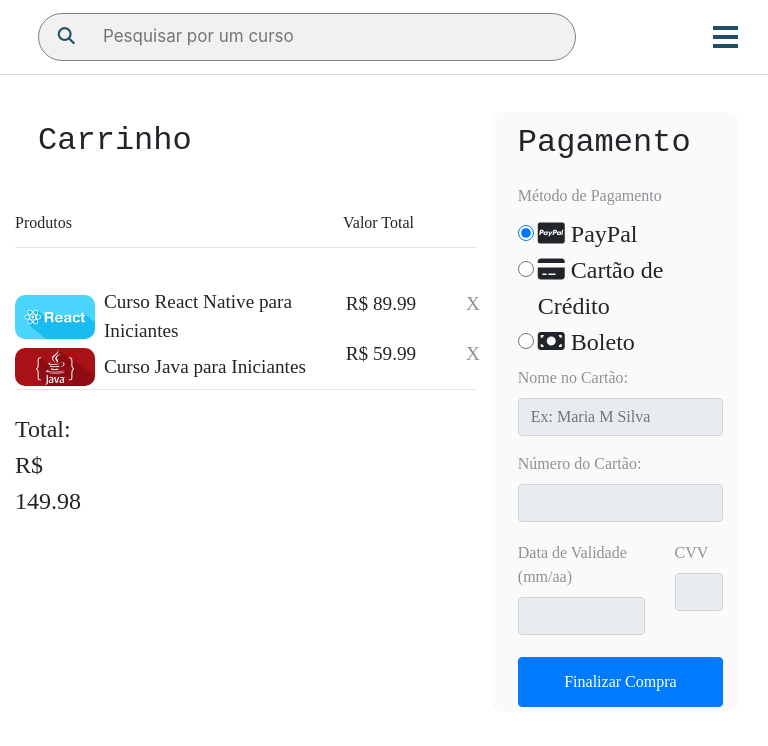
Repository: dudualtmann/Wissen
Page: Projeto Final2/WebContent/checkout.html
These files come from the project's save history. The page is drawn as it stood at one moment and after the next save; the edit follows.
The browser window is 768 px wide. The pictures show the whole page.
Some web fonts or font styles are not loaded; a fallback is used. Some web libraries are served in a nearby version.

Above is the page before, as saved 2021-01-30 06:56:54.

### Projeto Final2/WebContent/checkout.html
<!doctype html>
<html lang="pt-br">
  <head>
    <title>Wissen | Checkout</title>
    <!-- Required meta tags -->
    <meta charset="ISO-8859-1">
    <meta name="viewport" content="width=device-width, initial-scale=1, shrink-to-fit=no">
    <link href="https://fonts.googleapis.com/css2?family=Bree+Serif&display=swap" rel="stylesheet">
    <link href="https://fonts.googleapis.com/css2?family=Big+Shoulders+Inline+Display:wght@600&display=swap" rel="stylesheet">
    <link rel="preconnect" href="https://fonts.gstatic.com">
    <link href="https://fonts.googleapis.com/css2?family=Major+Mono+Display&display=swap" rel="stylesheet">
    <link rel="stylesheet" href="css/style.css">
    <link rel="stylesheet" href="css/checkout.css">
    <script src="https://kit.fontawesome.com/b1b1442df1.js" crossorigin="anonymous"></script>
    <!-- Bootstrap CSS -->
    <link rel="stylesheet" href="https://stackpath.bootstrapcdn.com/bootstrap/4.3.1/css/bootstrap.min.css" integrity="sha384-ggOyR0iXCbMQv3Xipma34MD+dH/1fQ784/j6cY/iJTQUOhcWr7x9JvoRxT2MZw1T" crossorigin="anonymous">
  </head>
  <body>

    <header class="header-wissen">
        <nav class="menu-topo-wissen row">
        <div class="wis-menu col-sm-2">
            <a class="logo-wissen-a" href="index.html" title="Wissen - A Plataforma do Conhecimento">
                <img class="logo-wissen" src="images/labelwissen.png" alt="WISSEN">
            </a>
        </div>

        <nav class="menu-itens col-sm-6">
            <span class="nav-item"><a href="#">Categorias</a></span>
            <span class="span-search">
                <input type="text" placeholder="Pesquisar por um curso">
                <button type="submit"><i class="fa fa-search"></i></button>
            </span>
        </nav>

        <div class="login-box col-sm-4 pr-5">
            <a class="btn-cart" href="#" role="button" ><i class="fas fa-shopping-cart"></i></a>
            <a class="btn-heart" href="#" role="button" ><i class="fas fa-heart"></i></a>
            <a class="btn-cursos" href="#" role="button" >Meus Cursos</a>
            <a href="#"><i class="fas fa-user link-login-wissen login-svg" ></i></a>
        </div>
    </nav>
    <!-- Mobile -->
    <nav class="nav-mobile">


        <span class="span-search">
            <input type="text" placeholder="Pesquisar por um curso">
            <button type="submit"><i class="fa fa-search"></i></button>
        </span>



        <div class="burger">
            <div class="line1"></div>
            <div class="line2"></div>
            <div class="line3"></div>
        </div>

        <ul class="nav-links">
            <li class="nav-li1"><a href="#">Categorias</a></li>
            <li ><a class="btn-cart" href="#" role="button" ><i class="fas fa-shopping-cart"></i></a></li>
            <li ><a class="btn-heart" href="#" role="button" ><i class="fas fa-heart"></i></a></li>
            <li ><a class="btn-cursos" href="#" role="button" >Meus Cursos</a></li>
            <li><a href="#"><i class="fas fa-user link-login-wissen login-svg"></i></a></li>
            <li><a class="logo-wissen-a" href="home.html" title="Wissen - A Plataforma do Conhecimento">
                <img class="logo-wissen" src="images/labelwissen.png" alt="WISSEN">
            </a></li>
        </ul>
    </nav>
    </header>

    <main class="container-fluid">
        <form action="SvCadastroPedido" method="POST">
            <input type="hidden" name="id_cursos" id="id_cursos" value="">
            <input type="hidden" name="total-price" id="total-price" value="">

        <section class="row main-section">

        <div class="col-md-8 left-col">
            <p class="p-title">Carrinho</p>
            <div class="divider">
                <div class="div-products">
                    <div class="row labels">
                        <p class="col-md-8">Produtos</p>
                        <p class="col-md-4">Valor Total</p>
                    </div>
                    <hr>

                    <div class="courses row align-items-center">
                        <div class="col-md-8 item">
                            <img src="images/react.png" alt="">
                            <div class="p-text">Curso React Native para Iniciantes</div>
                        </div>
                        <div class="col-md-3">
                            <div class="p-text">R$ 89.99</div>
                        </div>
                        <div class="col-md-1"><button class="btn-x">X</button></div>
                        <input type="hidden" class="id-curso" value="2">
                    </div>

                    <div class="courses row align-items-center">
                        <div class="col-md-8 item">
                            <img src="images/java.png" alt="">
                            <div class="p-text">Curso Java para Iniciantes</div>
                        </div>
                        <div class="col-md-3">
                            <div class="p-text">R$ 59.99</div>
                        </div>
                        <div class="col-md-1"><button class="btn-x">X</button></div>
                        <input type="hidden" class="id-curso" value="1">
                    </div>

                    <hr>
                    <div class="total">
                        <p class="total-price">Total: R$ <span id="preco-total">149.98</span></p>
                    </div>

                </div>
            </div>
        </div>

        <div class="col-md-4 right-col">
            <p class="p-title">Pagamento</p>
            <div class="div-checkout">
                <label class="l-text">Método de Pagamento</label>
                <div class="form-check">
                    <label class="form-check-label">
                    <input type="radio" class="form-check-input" name="payment-method" id="" value="PayPal" checked>
                    <i class="fab fa-cc-paypal"></i> PayPal
                  </label>
                </div>
                <div class="form-check">
                    <label class="form-check-label">
                    <input type="radio" class="form-check-input" name="payment-method" id="" value="Cartão de Crédito">
                    <i class="fas fa-credit-card"></i> Cartão de Crédito
                  </label>
                </div>
                <div class="form-check">
                    <label class="form-check-label">
                    <input type="radio" class="form-check-input" name="payment-method" id="" value="Boleto">
                    <i class="fas fa-money-bill"></i> Boleto
                  </label>

                </div>
                <div class="form-group first-input">
                    <label class="l-text">Nome no Cartão:</label>
                    <input type="text"
                      class="form-control" name="name" id="" aria-describedby="helpId" placeholder="Ex: Maria M Silva" disabled>
                </div>
                <div class="form-group">
                    <label class="l-text">Número do Cartão:</label>
                    <input type="text"
                      class="form-control" name="name" id="" aria-describedby="helpId" placeholder="" disabled>
                </div>

                <div class="row">
                  <div class="form-group col-md-8">
                    <label class="l-text">Data de Validade (mm/aa)</label>
                    <input type="text"
                        class="form-control" name="" id="" aria-describedby="helpId" placeholder="" disabled>
                  </div>
                  <div class="form-group col-md-4">
                    <label class="l-text">CVV</label>
                    <input type="number"
                        class="form-control" name="" id="" aria-describedby="helpId" placeholder="" disabled>
                  </div>
                </div>

                <input name="" id="" class="btn btn-primary btn-finalizar" type="submit" value="Finalizar Compra">
            </div>
        </div>

    </section>
    </form>
    </main>





    <!-- Optional JavaScript -->

    <script src="https://ajax.googleapis.com/ajax/libs/jquery/3.5.1/jquery.min.js"></script>


    <!-- jQuery first, then Popper.js, then Bootstrap JS -->
    <script src="https://code.jquery.com/jquery-3.3.1.slim.min.js" integrity="sha384-q8i/X+965DzO0rT7abK41JStQIAqVgRVzpbzo5smXKp4YfRvH+8abtTE1Pi6jizo" crossorigin="anonymous"></script>
    <script src="https://cdnjs.cloudflare.com/ajax/libs/popper.js/1.14.7/umd/popper.min.js" integrity="sha384-UO2eT0CpHqdSJQ6hJty5KVphtPhzWj9WO1clHTMGa3JDZwrnQq4sF86dIHNDz0W1" crossorigin="anonymous"></script>
    <script src="https://stackpath.bootstrapcdn.com/bootstrap/4.3.1/js/bootstrap.min.js" integrity="sha384-JjSmVgyd0p3pXB1rRibZUAYoIIy6OrQ6VrjIEaFf/nJGzIxFDsf4x0xIM+B07jRM" crossorigin="anonymous"></script>
    <script src="js/nav.js"></script>
    <script src="js/checkout.js"></script>

  </body>
</html>

### Projeto Final2/WebContent/css/style.css
/* style.css */

/* --- Header ---- */

.menu-topo-wissen{
    width: 100%;
}

.logo-wissen{
    margin-left: 25px;
    width: 170px;
}

.header-wissen{
    height: 75px;
    position: fixed;
    top: 0;
    z-index: 120;
    background-color: #fff;
    width: 100%;
    display: flex;
    align-items: center;
    padding: 0;
    border-bottom: 1px solid #dadada;
    box-sizing: border-box;
}

.login-box{
    display: flex;
    flex: 0 0 auto;
    align-items: center;
    justify-content: flex-end;
}

.login-svg{
    width: 30px;
}

.btn-cadastrar{
    background: #D9E7EE;
    right: 25px;
    color: #1F4F66;
    top: 18px;
    padding: 13px 20px;
    border-radius: 26px;
    font-weight: 600;
    margin-right: 10px;
    cursor: pointer;
    text-decoration: none;
}

.menu-itens{
    display: flex;
    justify-content: flex-start;
    align-items: center;
    font-family: 'Bree Serif', serif;
}

.menu-itens span a{
    text-decoration: none;
    color: #1F4F66;
    font-size: 1.4rem;
}

.menu-itens span a:hover{
    color: #1f50669a;
}

.nav-item{
    margin-left: 5%;
}

.burger{
    display: none;
}

.burger div{
    width: 25px;
    height: 4px;
    background-color:  #1F4F66;
    margin: 5px;
}

.nav-links{
    font-family: 'Bree Serif', serif;
    list-style: none;
    color: #1F4F66;
    font-size: 1.4rem;
    display: none;
}

.nav-links a{
    color: #1F4F66;
    text-decoration: none;
}

.nav-links a:hover{
    color: #1f50669a;
    text-decoration: none;
}

.nav-mobile{
    display: none;
}

/* CSS da NAV de quanto está logado */

.btn-cart{
    color: #1F4F66;
    font-size: 25px;
    padding: 13px 20px;

}

.btn-heart{
    color: #1F4F66;
    font-size: 25px;
    padding: 13px 20px;
    border-radius: 26px;
    margin-right: 20px;
}

.login-box a:hover{
    color:  #1f50669a;
}

.span-search {
    border: 1px solid grey;
    background: #f1f1f1;
    border-radius: 25px;
    width: 100%;
    margin-left: 5%;
}

.span-search input{
    padding: 10px;
    font-size: 17px;
    border: none;
    width: 90%;
    background: transparent;
    outline: none;
}

.span-search button {
    width: 10%;
    padding: 10px;
    float: left;
    background-color: transparent;
    border: none;
    text-decoration: none;
    color: #1F4F66;
    font-size: 17px;
    border-left: none; /* Prevent double borders */
    cursor: pointer;
}

.btn-cursos{
    font-family: 'Bree Serif', serif;
    text-decoration: none;
    color: #1F4F66;
    font-size: 1.4rem;
    margin-right: 5%;
}

.btn-cursos:hover{
    text-decoration: none;
    color:  #1f50669a;
}

.login-svg{
    color: #1F4F66; font-size: 30px;

}

.cart-number{
    position: absolute;
    text-align: center;
    font-family: 'Bree Serif', serif;
    top: 15px;
    right: 327px;
    background-color: red;
    width: 20px;
    border-radius: 80%;
}

/* Footer */

.footer-wissen{
    width: 100vw;
    background-color: rgb(241, 241, 241);
}

.footer-slogan h1{
    color: black;
    font-family: 'Bree Serif', serif;
    font-size: 24px;
    font-weight: 600;
    line-height: 1.88;
}

.copyright p{
    color:  rgba(121, 121, 121, 0.7);
    font-family: Inter;
    font-size: 1.3rem;
    font-weight: 300;
}



@media screen and (max-width:848px){

    .nav-mobile{
        display: flex;
        justify-content: space-around;
        align-items: center;
    }

    .wis-menu{
        position: absolute;
        left: 0;
    }

    .menu-topo-wissen .wis-menu,.menu-topo-wissen .menu-itens, .menu-topo-wissen .login-box{
        display: none;
    }

    .burger{
        display: block;
        margin-right: 25px;
        cursor: pointer;
    }

    .nav-links{
        display: flex;
        position: absolute;
        right: 0px;
        height: 110vh;
        top: 75px;
        background-color:#fff;
        flex-direction: column;
        align-items: center;
        width: 100%;
        transition: transform 0.5s ease-in;
        transform: translateX(100%);
    }

    .nav-links li{
        padding: 20px;
        opacity: 0;
    }

    .nav-li1{
        margin-top: 20px;
    }

    .login-box{
        margin-left: 40%;
    }

    .span-search input{
        width: 80%;
    }

    .span-search{
        width: 70%;
        position: absolute;
        left: 0;
    }

    .btn-heart{
        margin-right: 0;
    }

    .btn-cursos{
        margin-right: 0;
    }



}

.nav-active{
    transform: translateX(0%);
}

@keyframes navLinkFade{
    from{
        opacity: 0;
        transform: translateX(50px);
    }
    to{
        opacity: 1;
        transform: translateX(0px);
    }
}

### Projeto Final2/WebContent/css/checkout.css
/* checkout.css */

*{
    margin: 0px;
    padding: 0px;
    box-sizing: border-box;
    text-decoration: none;

}

.main-section{
    margin-top: 75px;
    width: 100%;
    height: 100%;
}

.p-title{
    margin-top: 1%;
    font-size: 2.0rem;
    margin-left: 5%;
    font-family: 'Major Mono Display', monospace;
}

.left-col,.right-col{
    margin-top: 5%;
    height: 600px;
}

/* Left-col */

.div-products{
    font-family: 'Bree Serif', serif;
    width: 85%;
}

.labels{
    height: 20px;
}

.divider{
    width: 100%;
    margin-top: 3%;
    display: flex;
    justify-content: center;
}

.courses{
    margin-top: 2%;
    height: 50px;
}

.btn-x{
    background-color: #FFFFFF;
    border: none;
    width: 100%;
    font-size: 1.2rem;
    color: #8E9197;
}

.btn-x:hover{
    color: #c4c4c5;
}

.p-text{
    font-size: 1.2rem;
    margin-left: 3%;
}

.item{
    display: flex;
    align-items: center;
}

.item img{
    width: 80px;
    border-radius: 10px;
}

.total{
    display: flex;
    width: 100%;
    justify-content: flex-end;
}

.total-price{
    margin-right: 3%;
    font-size: 1.5rem;
}

/* Right-col */

.right-col{
    background-color: #FAFAFA;
    padding: 5px;
    border-radius: 10px;
}

.div-checkout{
    margin-top: 8%;
    margin-left: 5%;
    font-family: 'Bree Serif', serif;
}

.l-text{
    font-family: 'Bree Serif', serif;
    font-size: 1.0rem;
    color: #8E9197;
}

.form-check-label{
    font-size: 1.5rem;
}

.form-check-input{
    height: 1.5rem;
    width: 1rem;
}

.form-group{
    margin-top: 1%;
}

.first-input{
    margin-top: 3%;
}

.btn-finalizar{
    margin-top: 3%;
    width: 100%;
    height: 50px;
}

@media screen and (max-width: 768px){
	.div-products{
    width: 100%;
}

.total{
	width:20%
}

.total-price{
	margin-top: 5%;
}

.item{
	margin-top: 5%;
}

.btn-x{
	width:5%;
}

.divider{
	margin-top:10%;
}
	}

### Projeto Final2/WebContent/js/nav.js
// nav.js
const navSlide = () =>{
    const burger = $('.burger').get(0);
    const nav = $('.nav-links').get(0);
    const navLinks = document.querySelectorAll('.nav-links li');
    const navLinks2 = $('nav-links li');


    burger.addEventListener('click', () => {
        // Toggle Nav
        nav.classList.toggle('nav-active');
        // Animated Links
        navLinks.forEach((link,index) => {
        if(link.style.animation){
            link.style.animation = '';
        }
        else{
            link.style.animation =  `navLinkFade 0.5s ease forwards ${index/5+0.5}s`;
        }

    });
    });

    $(document).on('click', '.nav-links li a', function(){
        // Toggle Nav
        nav.classList.toggle('nav-active');
        // Animated Links
        navLinks.forEach((link,index) => {
        if(link.style.animation){
            link.style.animation = '';
        }
        else{
            link.style.animation =  `navLinkFade 0.5s ease forwards ${index/5+0.5}s`;
        }

    });
    })





}

navSlide();

### Projeto Final2/WebContent/js/checkout.js
// checkout.js

$(document).ready(function(){
    var divCursos = $(".id-curso");
    let idCursos = "";



    for(i = 0; i < divCursos.length;i++){
        if(divCursos.eq(i).val() != undefined){
            if(i >= 1)
            idCursos += "," + divCursos.eq(i).val();
            else
            idCursos = divCursos.eq(0).val();
        }

    }

$('#id_cursos').val(idCursos);

$('#total-price').val($('#preco-total').text());

})

var carrinho = $('.cart-number').text();

$(document).on('click', '.btn-x', function() {
    let id = $(this).parent().parent().find("input").val();
    let parentDiv = $(this).parent().parent();
    let coursePrice = $(this).parent().parent().find(".col-md-3 .p-text .course-price").text();
    $.ajax({url:"SvRemoveCarrinho", data: {idCurso:id},type: "post", success: function(responseText) {
        if(responseText == "ok"){
            // Curso removido do carrinho com sucesso
            carrinho -= 1;
            $('.cart-number').text(carrinho).show();

            console.log(coursePrice + " Course-price");
            let totalPrice = $('#total-price').val();
            console.log(totalPrice + " total price");
            totalPrice -= coursePrice;
            $('#total-price').val(totalPrice);
            $('#preco-total').text(totalPrice)
            parentDiv.remove();
        } else{
            // Erro ao adicionar curso no carrinho
            alert('erro: '+responseText);
        }

    }});
});

$(document).on('change', "#credit-card",function(){
	if($(this).prop("checked")){
		$('.card-info').prop("disabled",false);
	}
});

$(document).on('change', '#paypal, #boleto',function(){
	if($(this).prop("checked")){
		$('.card-info').prop("disabled",true);
	}
});

After the next save:
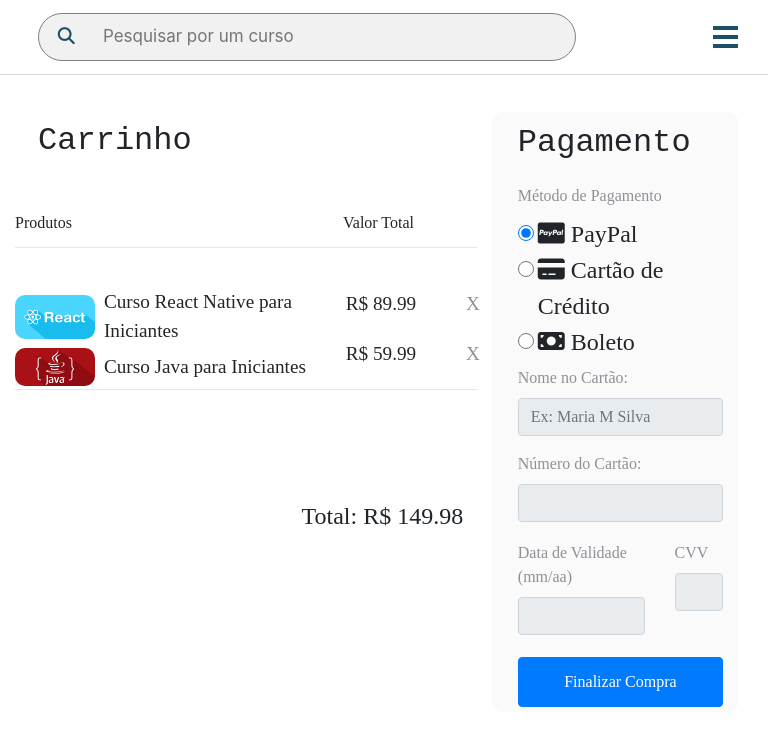
Saved 15 s later.
--- a/Projeto Final2/WebContent/css/checkout.css
+++ b/Projeto Final2/WebContent/css/checkout.css
@@ -135,12 +135,8 @@
     width: 100%;
 }
 
-.total{
-	width:20%
-}
-
 .total-price{
-	margin-top: 5%;
+	margin-top: 20%;
 }
 
 .item{
